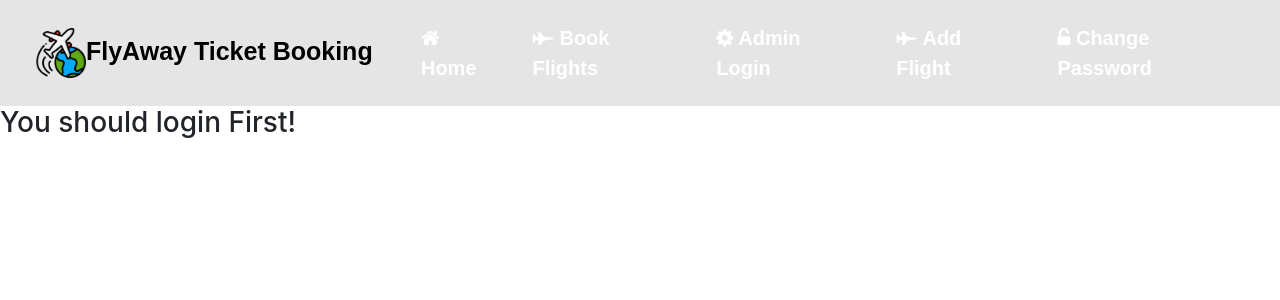
Repository: sayrabano/Phase2-project
Page: http://localhost/FlyAway/adminDashboard.jsp
An editor plug-in stored every save of this project. The page is shown before and after the next save, followed by the edit.
The browser window is 1280 px wide. The pictures show the whole page.
Some web fonts or font styles are not loaded; a fallback is used. The page is served by Tomcat 9. Other server files are loaded and not shown.

Above is the page before, as saved 2021-09-26 20:36:05.

### FlyAway/src/main/webapp/adminDashboard.jsp
<%@ page language="java" contentType="text/html; charset=ISO-8859-1"
	pageEncoding="ISO-8859-1"%>
<%@page import="java.sql.*"%>
<%@page import=" com.flyaway.LogIn"%>

<%
String driverName = "com.mysql.cj.jdbc.Driver";
String Url = "jdbc:mysql://localhost:3306/flyaway";

String userId = "root";
String password = "say123";

try {
	Class.forName(driverName);
} catch (ClassNotFoundException e) {
	e.printStackTrace();
}
Connection connection = null;
Statement statement = null;
ResultSet resultSet = null;
%>

<!DOCTYPE html>
<html>
<head>
<meta charset="ISO-8859-1">
<title>FlyAway</title>
<%@include file="allcss.jsp" %>
<link rel="stylesheet" href="CSS/style7.css" />
<style>
</style>
</head>

<body>

	<nav class="navbar navbar-expand-lg navbar-light bg-custom" id="navbar">





		<a class="navbar-brand" id="tag"><img src="Images/travel.png" class="img-fluid"  width="50px">FlyAway Ticket Booking</a>


		<div class="collapse navbar-collapse" id="navbarSupportedContent">
			<ul class="navbar-nav mr-auto">
				<li class="nav-item"><a class="nav-link" href="Home.jsp"> <i
						class="fa fa-home" aria-hidden="true"></i>Home
				</a></li>

				<li class="nav-item"><a class="nav-link"
					href="option-flightsearch.jsp"><i class="fa fa-fighter-jet"></i>
						Book Flights </a></li>
				<li class="nav-item"><a href="Login.jsp" class="nav-link"><i
						class="fa fa-gear"></i> Admin Login</a></li>
						<li class="nav-item"><a href="#" class="nav-link">
						<i class="fa fa-fighter-jet"></i> Add Flight</a></li>


						<li class="nav-item"><a href="Changepassword.jsp" class="nav-link">
						<i class="fa fa-unlock-alt" aria-hidden="true"></i> Change Password</a></li>





			</ul>



		</div>

	</nav>

<%if(LogIn.isLoggedin) {

%>
	<div>
		<h2>Welcome To Admin DashBoard</h2>
		<p style="text-align:center;"> LoggedIn as :- Username is : <%=LogIn.username %> and
		Password is : <%=LogIn.password %>
</p>

	<br><br>

	</div>
	<div class="row" align="center">
	<
        <div class="col-lg-3 col-md-4col-sm-6 mb-4">
            <form action="LogOut" method="get">
           <button type="submit" class="btn btn-primary btn">Logout</button>
		</form>
        </div>

        </div>
        </div>
         <br><br><br><br><br><br>
               <center><h2>List of Flight</h2></center><br>

				<table class="table table-bodered table striped" align="center">
					<thead class="thead">
						<tr>
							<th scope="col">Flight ID</th>
							<th scope="col">Flight Name</th>
							<th scope="col">Origin</th>
							<th scope="col">Destination</th>
							<th scope="col">Date</th>
							<th scope="col">Day</th>
							<th scope="col">Ticket Price</th>
						</tr>
					</thead>
					<tbody class="tbody">


						<%
						try {
							connection = DriverManager.getConnection(Url, userId, password);
							statement = connection.createStatement();
							String sql = "SELECT * FROM flight_list";
							resultSet = statement.executeQuery(sql);
							while (resultSet.next()) {
						%>
						<tr>
							<td><%=resultSet.getString("Id")%></td>
							<td><%=resultSet.getString("Flight")%></td>
							<td><%=resultSet.getString("Origin")%></td>
							<td><%=resultSet.getString("Destination")%></td>
							<td><%=resultSet.getString("Day")%></td>
							<td><%=resultSet.getString("Date")%></td>
							<td><%=resultSet.getString("Ticket_Price")%></td>
						</tr>
						<%
						}
						} catch (Exception e) {
						e.printStackTrace();
						}
}

else{
	out.print("<h3>You should login First!</h3>");
}
						%>
					</tbody>
				</table>

</body>
</html>

### FlyAway/src/main/webapp/allcss.jsp



	<!-- Required meta tags -->
<meta charset="utf-8">
<meta name="viewport"
	content="width=device-width, initial-scale=1, shrink-to-fit=no">

<link rel="stylesheet"
	href="https://cdnjs.cloudflare.com/ajax/libs/font-awesome/4.7.0/css/font-awesome.min.css">
<!-- Required meta tags -->
<meta charset="utf-8">
<meta name="viewport"
	content="width=device-width, initial-scale=1, shrink-to-fit=no">

<!-- Bootstrap CSS -->
<link rel="stylesheet"
	href="https://maxcdn.bootstrapcdn.com/bootstrap/4.0.0/css/bootstrap.min.css"
	integrity="sha384-Gn5384xqQ1aoWXA+058RXPxPg6fy4IWvTNh0E263XmFcJlSAwiGgFAW/dAiS6JXm"
	crossorigin="anonymous">
<link rel="stylesheet"
	href="https://cdnjs.cloudflare.com/ajax/libs/font-awesome/4.7.0/css/font-awesome.min.css">
<link
	href="https://fonts.googleapis.com/css2?family=Baloo+Bhai+2:wght@500&display=swap"
	rel="stylesheet">
<link
	href="https://fonts.googleapis.com/css2?family=Ubuntu:ital,wght@1,700&display=swap"
	rel="stylesheet">

### FlyAway/src/main/webapp/CSS/style7.css
@charset "ISO-8859-1";
@charset "ISO-8859-1";

#navbar{
background-color:rgba(0,0,0,.1) ;
font-family:'Ubuntu', sans-serif;

}


#navbar ul li a{
	color:white;

	font-size:20px;
	font-weight:bold;
	padding:15px 20px;

}
#navbar ul li a:hover{
	color:black;
	background-color:white;
	border-radius:18px;


}


#tag{
	font-size:25px;
 color:black;
 font-weight:bold;


	float:right;
	padding: 10px 20px;

}
#gear{
	margin:2px;
	padding:10px;



}
#gear a:hover{



	background-color:white;


}
h2{
	text-align:center;
	font-family:'Ubuntu', sans-serif;
}
.btn{
	color:black;
	padding-left:10rem;
	padding-right:6rem;
	margin-top: 15px;

   background-color:#b0bec5;
	font-family:'Ubuntu', sans-serif;
	float:right;
    display:flex;


}
.thead{
	background-color:#000000;
	font-family:'Ubuntu', sans-serif;
	color:white;
}
.tbody{
	background-color:#b0bec5;
	font-family:'Ubuntu', sans-serif;
}

After the next save:
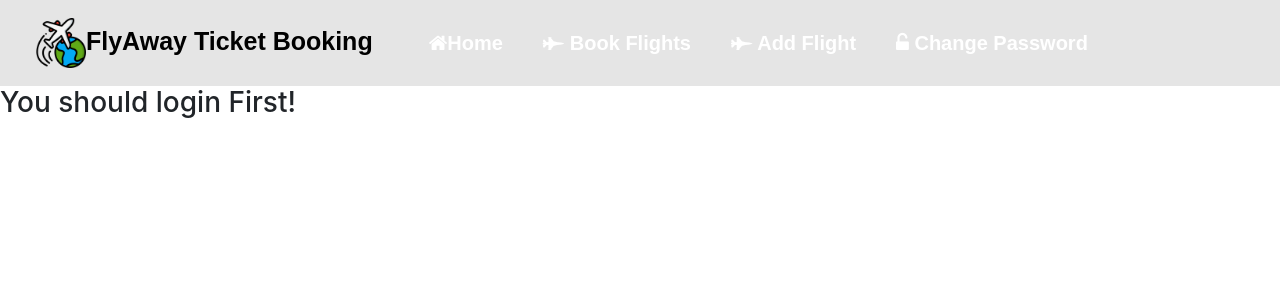
Saved 70 s later.
--- a/FlyAway/src/main/webapp/adminDashboard.jsp
+++ b/FlyAway/src/main/webapp/adminDashboard.jsp
@@ -51,8 +51,7 @@ ResultSet resultSet = null;
 				<li class="nav-item"><a class="nav-link"
 					href="option-flightsearch.jsp"><i class="fa fa-fighter-jet"></i>
 						Book Flights </a></li>
-				<li class="nav-item"><a href="Login.jsp" class="nav-link"><i
-						class="fa fa-gear"></i> Admin Login</a></li>
+
 						<li class="nav-item"><a href="#" class="nav-link">
 						<i class="fa fa-fighter-jet"></i> Add Flight</a></li>
 
